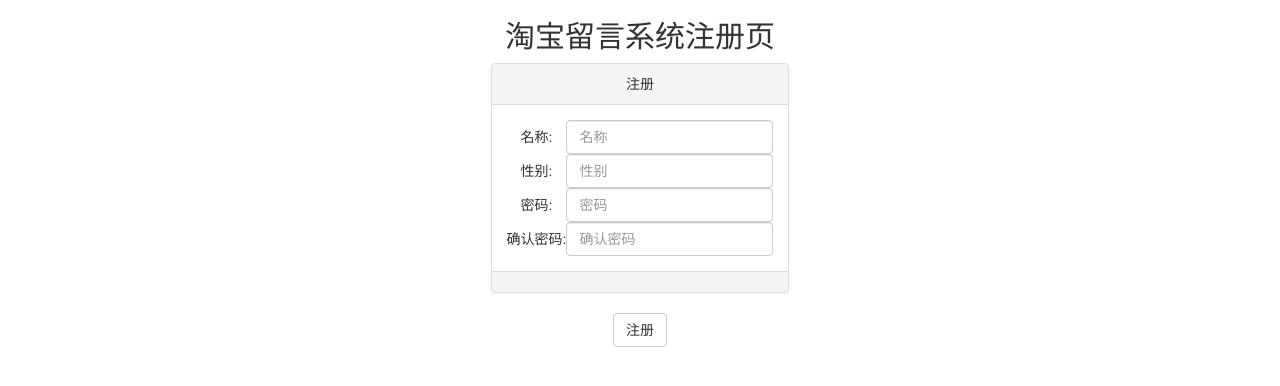
Repository: suxiaohutot/PHP
Page: http://localhost/zhuce.php
These files come from the project's save history. The page is drawn as it stood at one moment and after the next save; the edit follows.
The browser window is 1280 px wide. The pictures show the whole page.
The page is run by PHP 8.4 with error messages shown; the project is at /var/www/html/.

Above is the page before, as saved 2019-11-01 06:50:17.

After the next save:
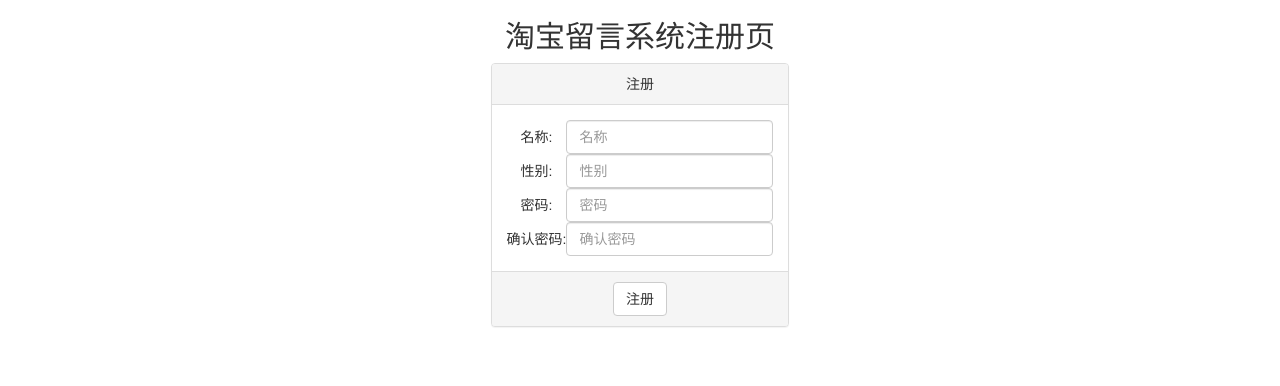
Saved 8 s later.
--- a/test/zhuce.php
+++ b/test/zhuce.php
@@ -39,15 +39,15 @@
                         </table>
             		</div>
             		<div class="panel-footer">
-
+            			<div class="center-button">
+            	<button class="btn btn-default">注册</button>
+			</div>
             		</div>
         		</div>
 
 				</div>
     		</div>
-            <div class="center-button">
-            	<button class="btn btn-default">注册</button>
-			</div>
+
         </form>
     </div>
 
